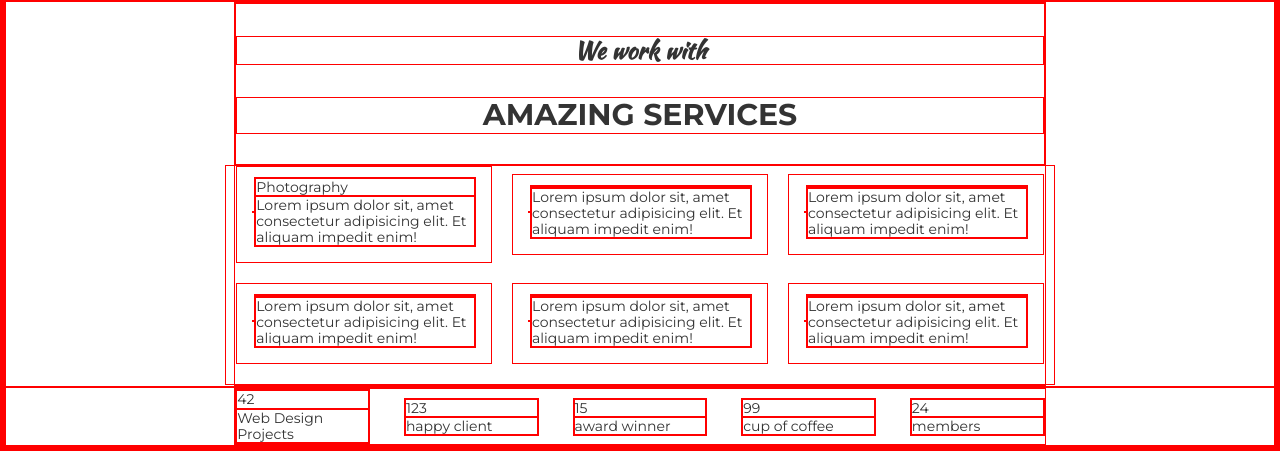
Repository: nataliiasaltan/Homework
Page: index.html
These files come from the project's save history. The page is drawn as it stood at one moment and after the next save; the edit follows.
The browser window is 1280 px wide. The pictures show the part of the page from y = 901 to 1352 px (the page is 1352 px tall).

Above is the page before, as saved 2020-02-27 10:54:14.

After the next save:
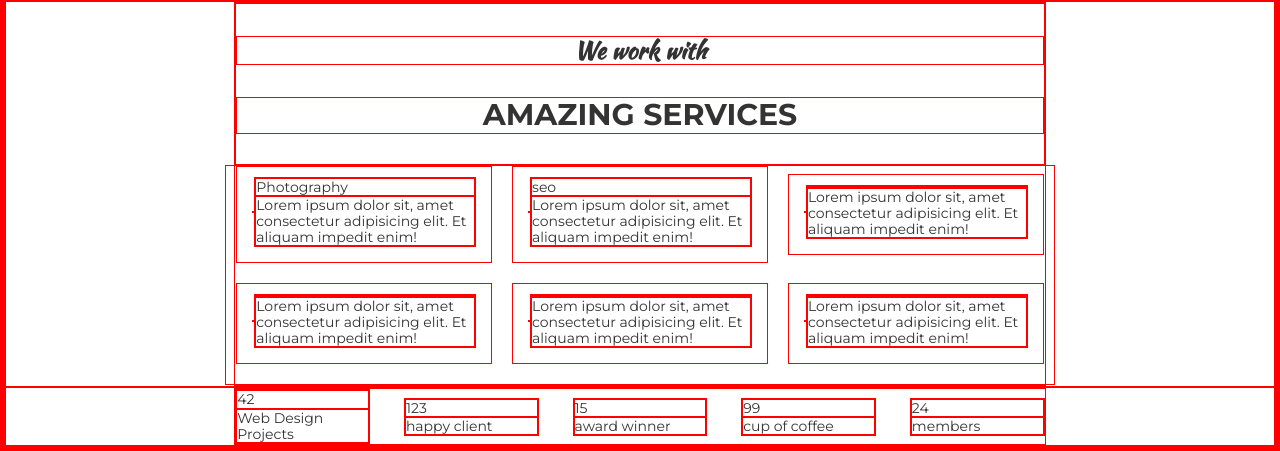
Saved 25 s later.
--- a/index.html
+++ b/index.html
@@ -74,7 +74,7 @@
                             <div class="development">
                                 <i class="icon-service"></i>
                                 <div class="development__inner">
-                                    <div class="name"></div>
+                                    <div class="name">seo</div>
                                     <div class="description">Lorem ipsum dolor
                                         sit,
                                         amet
